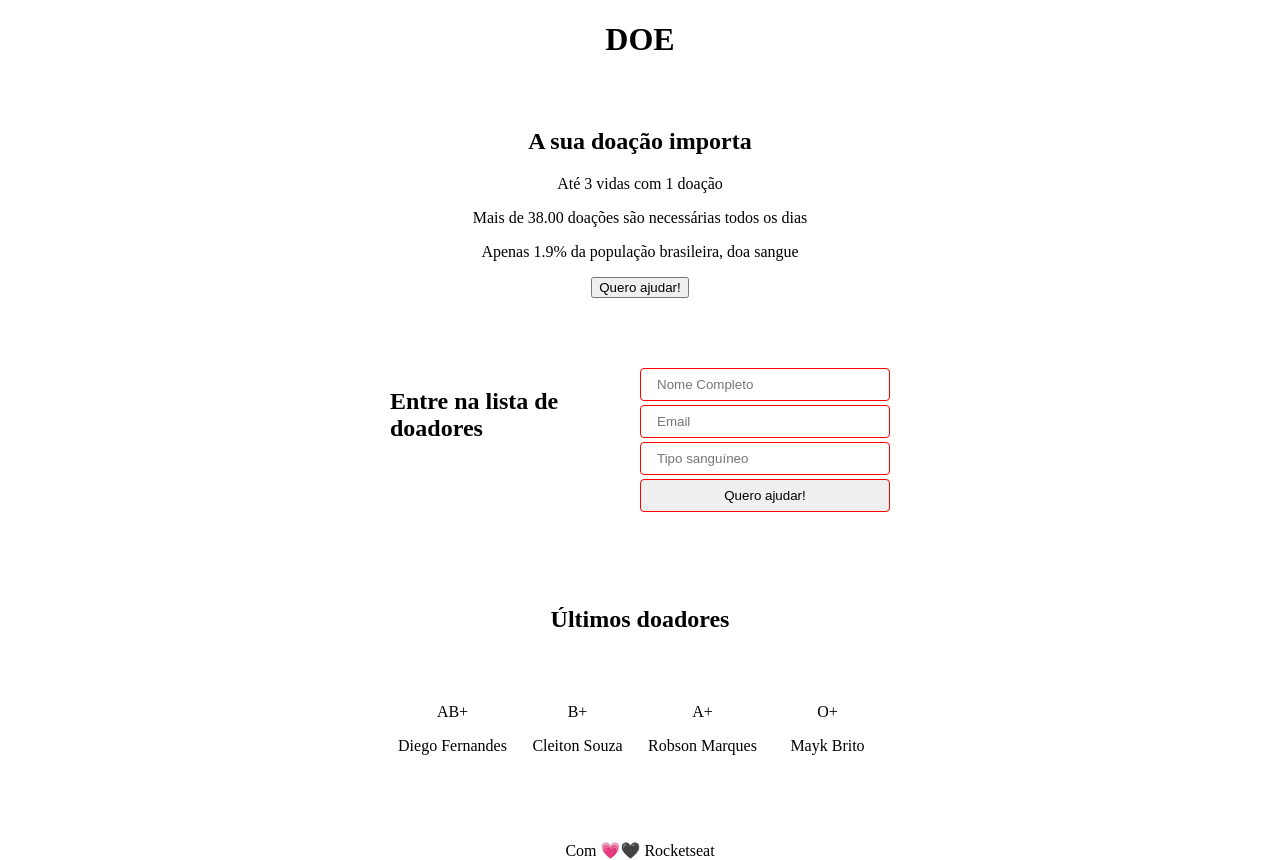
Repository: lucas-silva-dev/Doe
Page: index.html
These files come from the project's save history. The page is drawn as it stood at one moment and after the next save; the edit follows.
The browser window is 1280 px wide. The pictures show the whole page.
Some web fonts or font styles are not loaded; a fallback is used.

Above is the page before, as saved 2020-02-18 16:17:24.

After the next save:
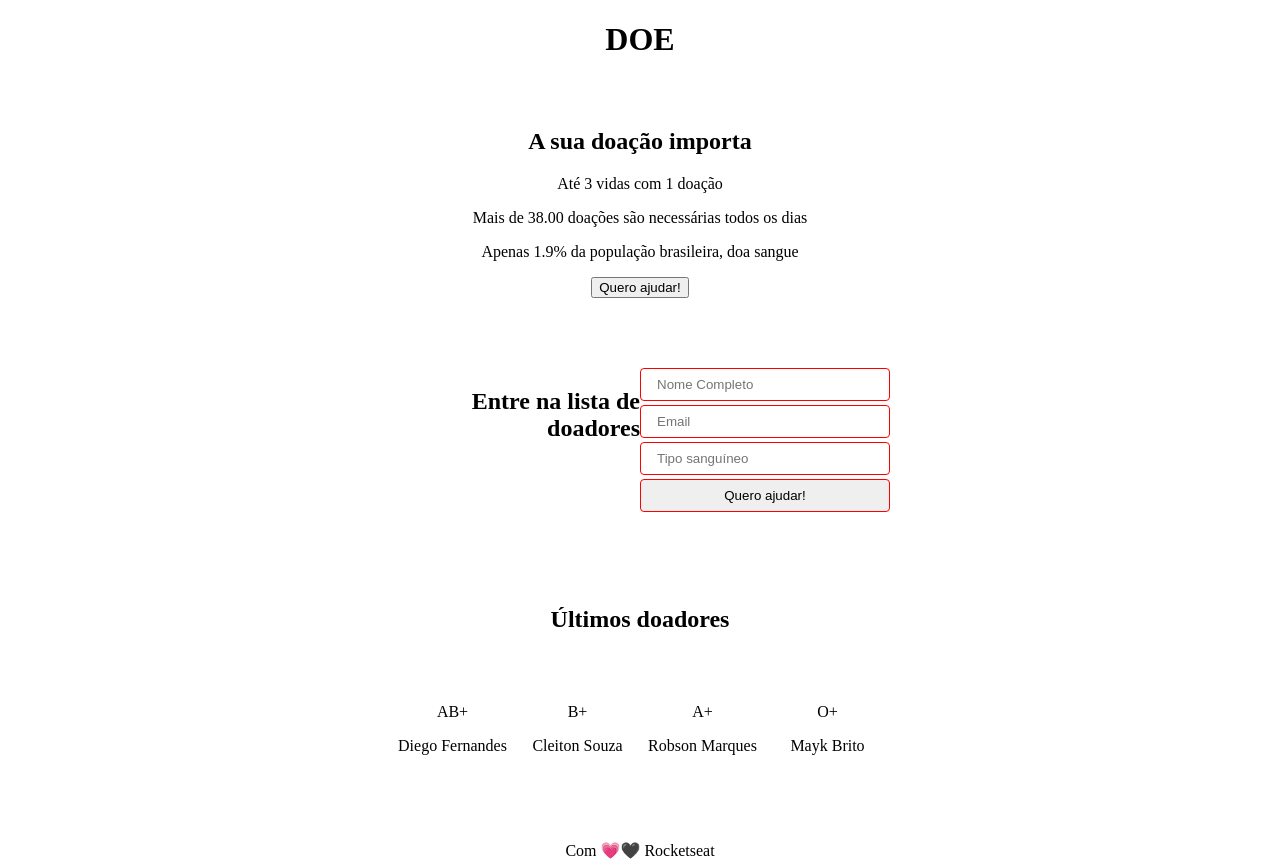
Saved 51 s later.
--- a/style.css
+++ b/style.css
@@ -19,6 +19,10 @@ body {
 header h1,
 main h2 {
   margin-bottom: 70px;
+}
+
+.form h2 {
+  text-align: right;
 }
 
 /* ESTRUTURA */
